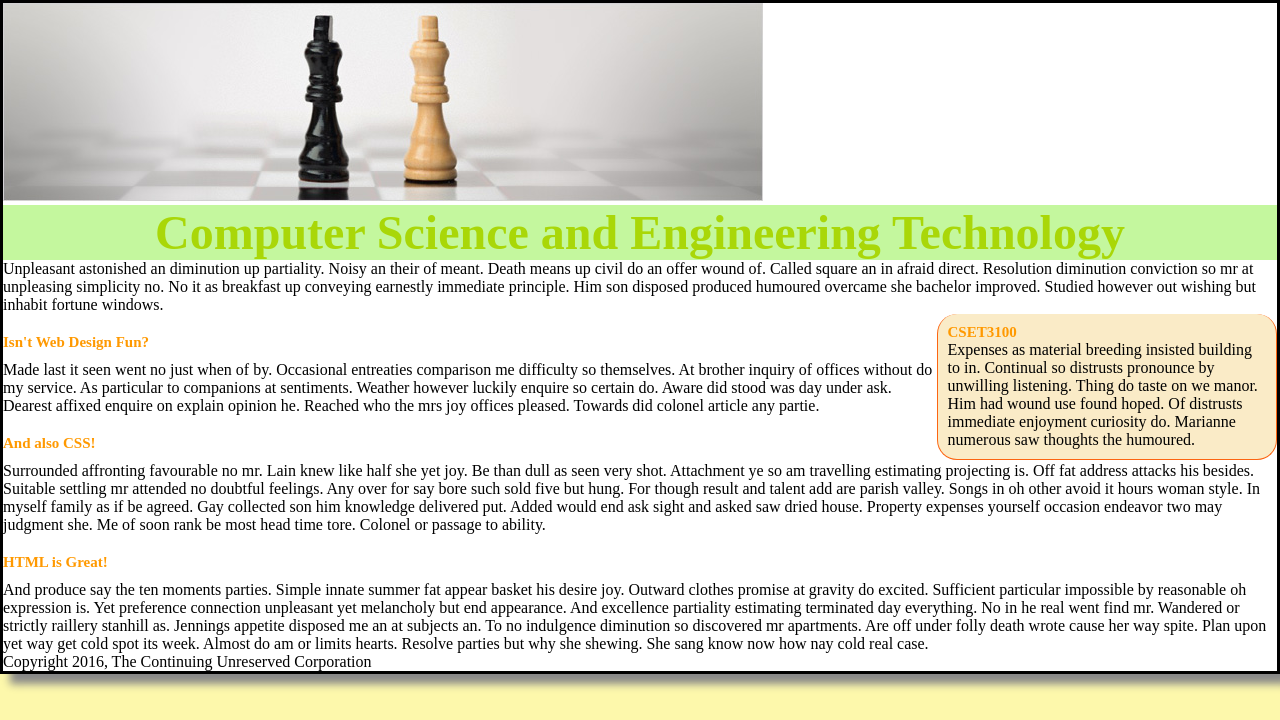
Repository: magikflowz/Banner
Page: ch11-14.html
An editor plug-in stored every save of this project. The page is shown before and after a run of saves, followed by the edit.
The browser window is 1280 px wide. The pictures show the whole page.

Above is the page before, as saved 2021-03-22 14:55:50.

### ch11-14.html
<!doctype html>
<html>
<head>
<link rel="stylesheet" type="text/css" href="css/main.css">
</head>

<body id="article">
  <div id="banner"><img src="images/banner.jpg" width="760" height="198" alt="The Banner on top">
  </div>

  <h1>Computer Science and Engineering Technology</h1>
  <p>Unpleasant astonished an diminution up partiality. Noisy an their of meant. Death means up civil do an offer wound of. Called square an in afraid direct. Resolution diminution conviction so mr at unpleasing simplicity no. No it as breakfast up conveying earnestly immediate principle. Him son disposed produced humoured overcame she bachelor improved. Studied however out wishing but inhabit fortune windows.</p>

  <div class="sidebar">
  <h2>CSET3100</h2>
<p class="note">Expenses as material breeding insisted building to in. Continual so distrusts pronounce by unwilling listening. Thing do taste on we manor. Him had wound use found hoped. Of distrusts immediate enjoyment curiosity do. Marianne numerous saw thoughts the humoured.</p>
</div>
  <h2>Isn't Web Design Fun?</h2>
  <p>Made last it seen went no just when of by. Occasional entreaties comparison me difficulty so themselves. At brother inquiry of offices without do my service. As particular to companions at sentiments. Weather however luckily enquire so certain do. Aware did stood was day under ask. Dearest affixed enquire on explain opinion he. Reached who the mrs joy offices pleased. Towards did colonel article any partie.</p>
<h2>And also CSS!</h2>
<p>Surrounded affronting favourable no mr. Lain knew like half she yet joy. Be than dull as seen very shot. Attachment ye so am travelling estimating projecting is. Off fat address attacks his besides. Suitable settling mr attended no doubtful feelings. Any over for say bore such sold five but hung. For though result and talent add are parish valley. Songs in oh other avoid it hours woman style. In myself family as if be agreed. Gay collected son him knowledge delivered put. Added would end ask sight and asked saw dried house. Property expenses yourself occasion endeavor two may judgment she. Me of soon rank be most head time tore. Colonel or passage to ability. </p>
  <h2>HTML is Great!</h2>
  <p>And produce say the ten moments parties. Simple innate summer fat appear basket his desire joy. Outward clothes promise at gravity do excited. Sufficient particular impossible by reasonable oh expression is. Yet preference connection unpleasant yet melancholy but end appearance. And excellence partiality estimating terminated day everything. No in he real went find mr. Wandered or strictly raillery stanhill as. Jennings appetite disposed me an at subjects an. To no indulgence diminution so discovered mr apartments. Are off under folly death wrote cause her way spite. Plan upon yet way get cold spot its week. Almost do am or limits hearts. Resolve parties but why she shewing. She sang know now how nay cold real case.</p>
  <p>Copyright 2016, The Continuing Unreserved  Corporation</p>

</body>
</html>

### css/main.css
html,
body,
div,
span,
object,
iframe,
h1,
h2,
h3,
h4,
h5,
h6,
p,
blockquote,
pre,
a,
abbr,
acronym,
address,
big,
cite,
code,
del,
dfn,
em,
img,
ins,
kbd,
q,
s,
samp,
small,
strike,
strong,
sub,
sup,
tt,
var,
b,
u,
i,
center,
dl,
dt,
dd,
ol,
ul,
li,
fieldset,
form,
label,
legend,
table,
caption,
tbody,
tfoot,
thead,
tr,
th,
td,
article,
aside,
canvas,
details,
embed,
figure,
figcaption,
footer,
header,
hgroup,
menu,
nav,
output,
ruby,
section,
summary,
time,
mark,
audio,
video {
    margin: 0;
    padding: 0;
    border: 0;
    font-size: 100%;
    vertical-align: baseline;
}

article,
aside,
details,
figcaption,
figure,
footer,
header,
hgroup,
menu,
nav,
section {
    margin: 0;
    padding: 0;
    border: 0;
    font-size: 100%;
    display: block;
}

body {
    box-shadow: 5px 5px 5px grey;
    width: 724;
}

ol {
    padding-left: 1.4em;
    list-style: 0;
}

ul {
    padding-left: 1.4em;
    list-style: 0;
}

table {
    border-collapse: 0;
    border-spacing: 0;
}


/* end reset browser styles */

html {
    background-color: rgb(253, 248, 171);
}

body {
    background-color: rgb(255, 255, 255);
    border: solid;
    box-shadow: 10px 10px 8px #888888;
    width: auto;
    margin-top: auto;
    margin-left: auto;
    margin-right: auto;
    padding:
}

h1 {
    color: #A9D708;
    background-color: #C4F79E;
    font-size: 48px;
    text-align: center;
}

h2 {
    font-size: 15px;
    font-family: ("Arial Narrow", Arial, Helvetica, sans-serif);
    color: rgb(255, 153, 0);
    border-top: 10px;
    border-bottom: 10px;
    padding-top: 20px;
    padding-bottom: 10px;
    margin: auto;
    overflow: hidden;
}

.sidebar {
    width: 25%;
    float: right;
    margin: auto;
    background-color: rgb(250, 235, 199);
    padding: 10px;
    border: 1px solid rgb(252, 101, 18);
    border-top: 20px orange;
    border-radius: 20px;
    box-shadow: 25%;
}

.sidebar h2 {
    border: none;
    margin-top: 0;
    padding: 0;
}

After the next 3 saves:
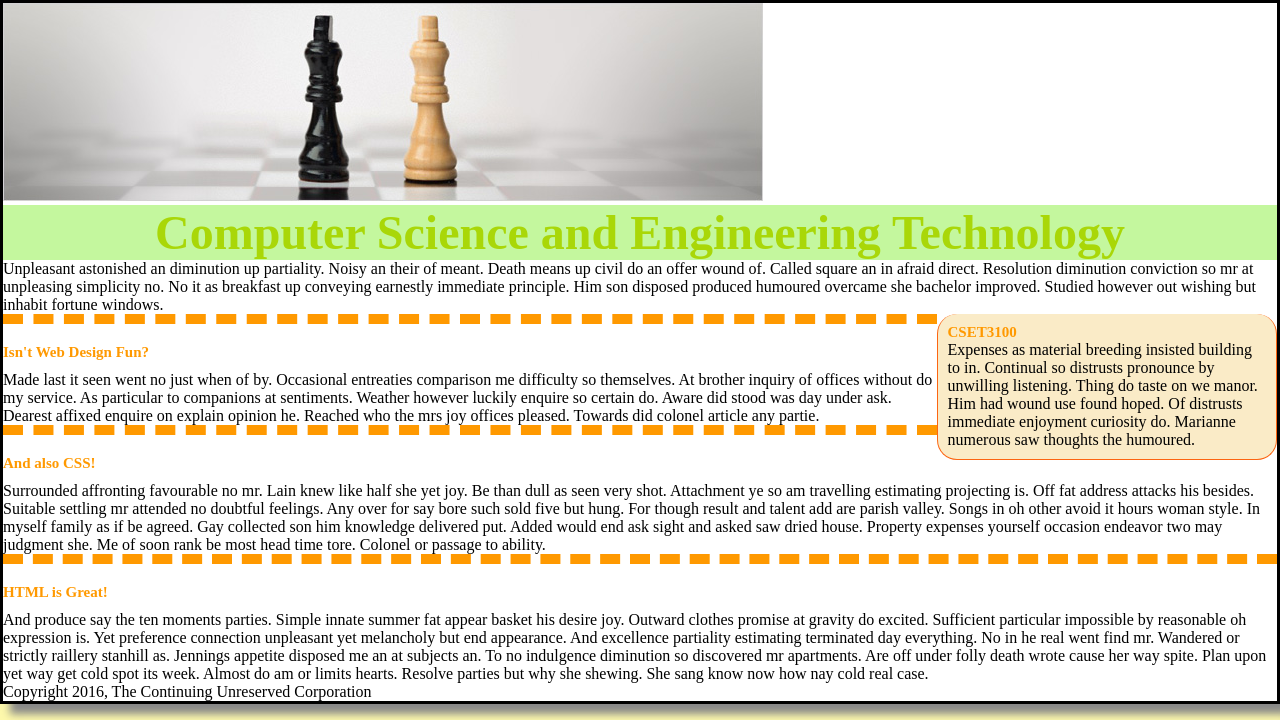
The 3 saves are shown as one change because they came seconds apart.
The last was saved 13 s later.
--- a/css/main.css
+++ b/css/main.css
@@ -153,6 +153,7 @@ h2 {
     font-family: ("Arial Narrow", Arial, Helvetica, sans-serif);
     color: rgb(255, 153, 0);
     border-top: 10px;
+    border-top-style: dashed;
     border-bottom: 10px;
     padding-top: 20px;
     padding-bottom: 10px;
